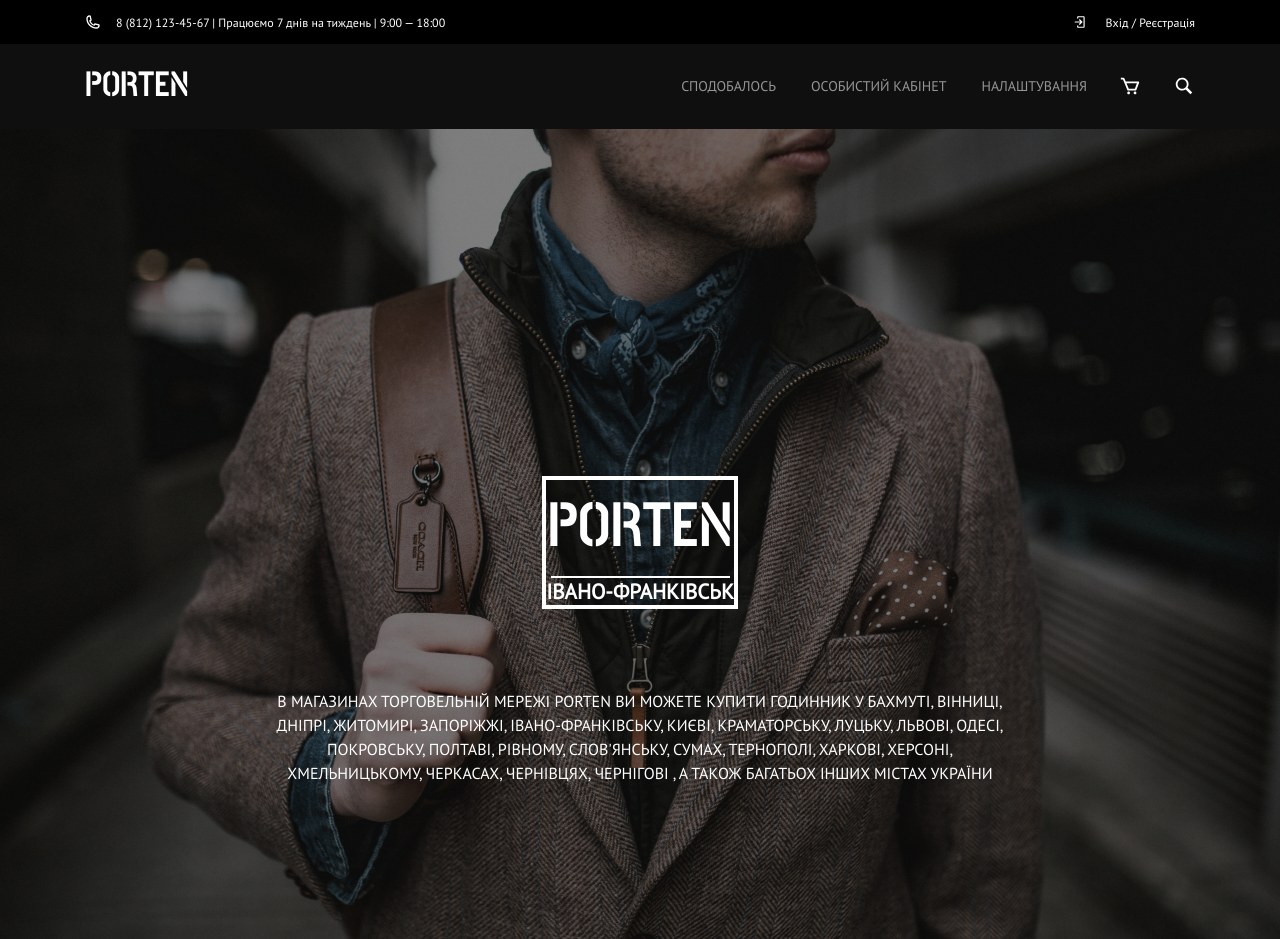
Repository: KYUUBI-K/porten
Page: index.html
The author's editor kept a copy of each file at every save. The page is drawn from the files as they stood at one save, then again after the next save.
The browser window is 1280 px wide. The pictures show the whole page.

Above is the page before, as saved 2025-09-09 21:08:01.

After the next save:
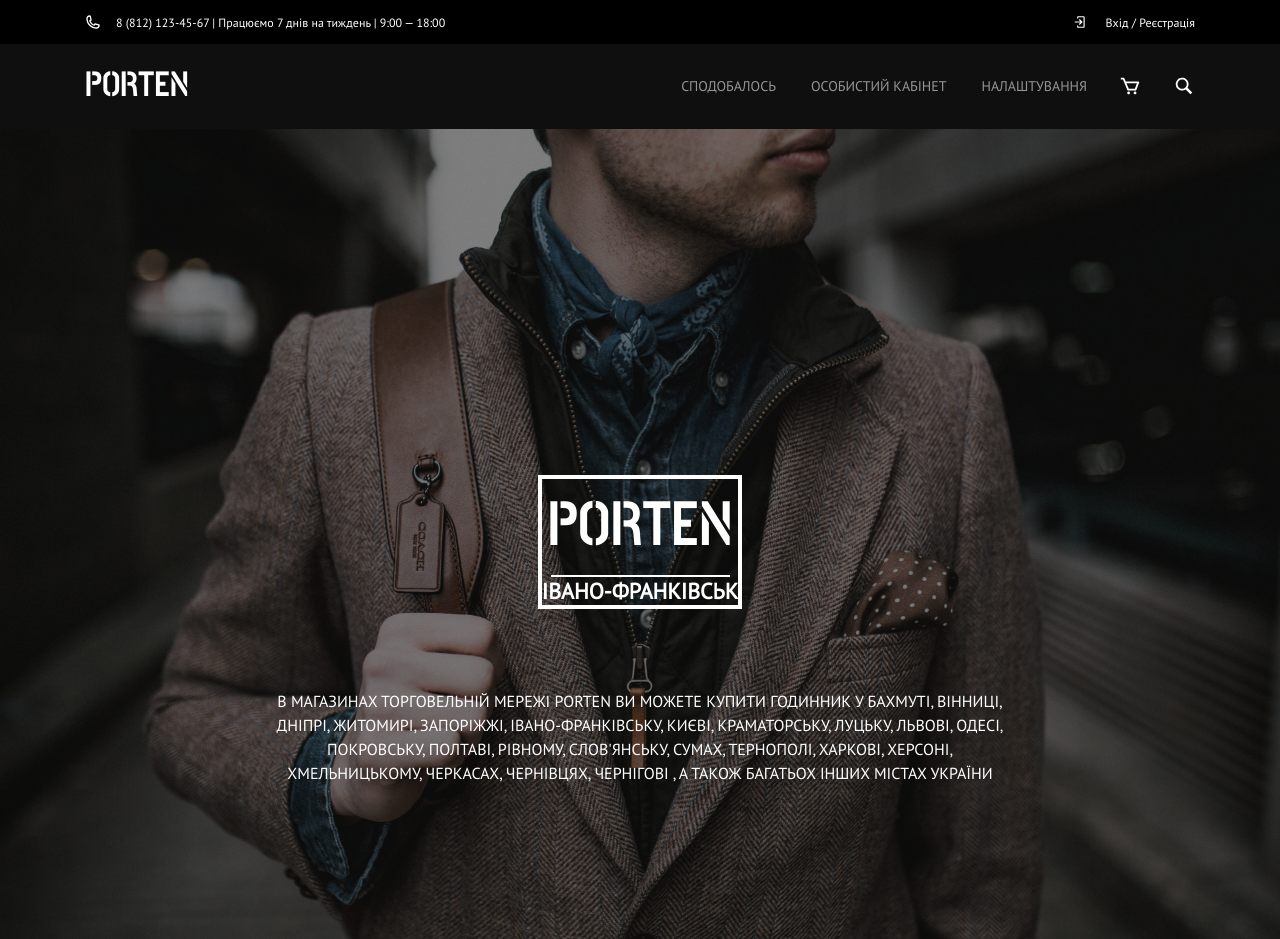
Saved 48 s later.
--- a/styles.css
+++ b/styles.css
@@ -150,6 +150,11 @@
   font-weight: 700;
 }
 
+.banner-subtitle {
+  font-family: var(--font-family-base);
+  font-size: 22px;
+}
+
 .banner-info {
   font-family: var(--font-family-base);
   font-size: 16px;
